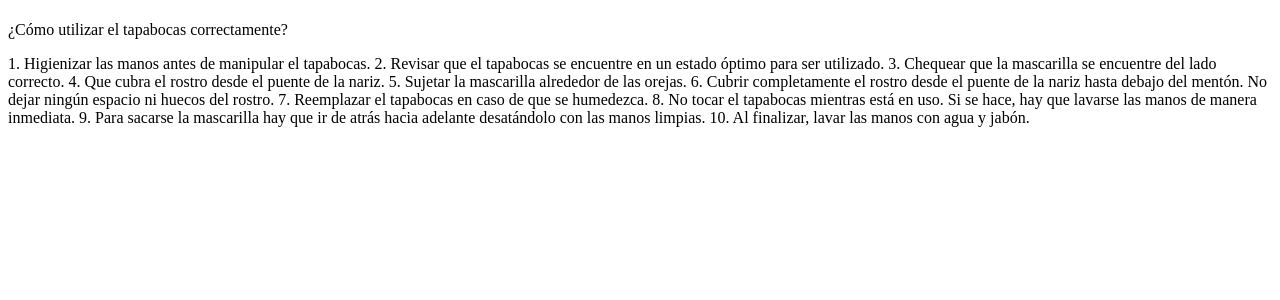
Repository: gustavomanfre/Curso_Front_End_Digitalers
Page: Unidad1/M1 - Laboratorio_01/index.html
The author's editor kept a copy of each file at every save. The page is drawn from the files as they stood at one save, then again after a run of saves.
The browser window is 1280 px wide. The pictures show the whole page.

Above is the page before, as saved 2022-05-25 18:13:29.

After the next 2 saves:
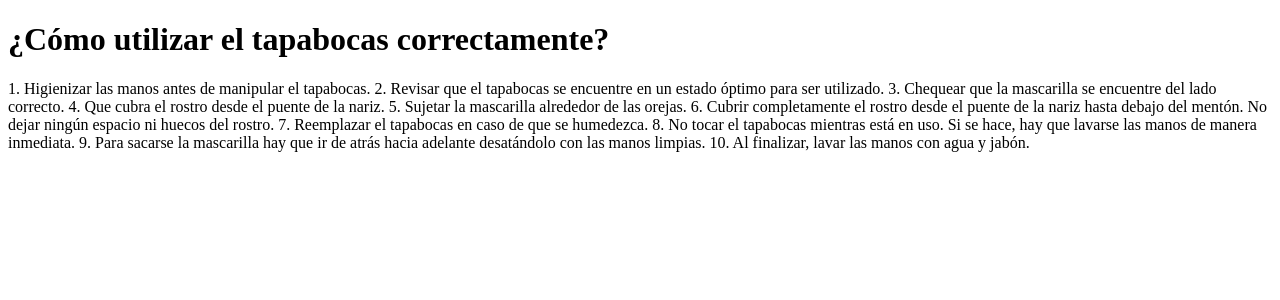
The 2 saves are shown as one change because they came seconds apart.
The last was saved 8 s later.
--- a/Unidad1/M1 - Laboratorio_01/index.html
+++ b/Unidad1/M1 - Laboratorio_01/index.html
@@ -7,7 +7,7 @@
     <title>Laboratorio1</title>
 </head>
 <body>
-   <h1></h1> ¿Cómo utilizar el tapabocas correctamente?
+   <h1>¿Cómo utilizar el tapabocas correctamente?</h1>
 
     <p>
 
